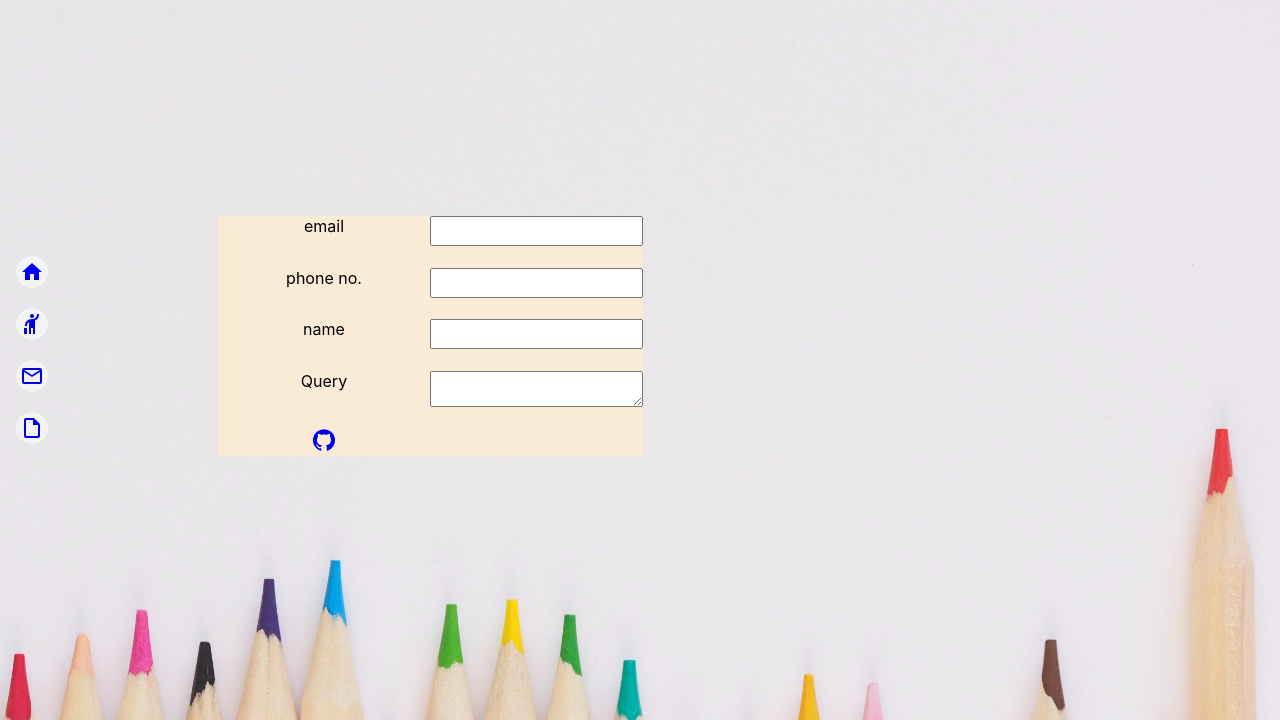
Repository: ujjawalmittal55/portfolio1
Page: /contact
The author's editor kept a copy of each file at every save. The page is drawn from the files as they stood at one save, then again after the next save.
The browser window is 1280 px wide. The pictures show the whole page.
The project was rebuilt for these pictures with package versions that can differ from the ones it lists, and the page was loaded fresh each time. Also part of the build but not shown: src/display.css, src/Display.tsx, src/about.css, src/About.jsx, src/Document.jsx.

Above is the page before, as saved 2022-05-07 10:01:37.

After the next save:
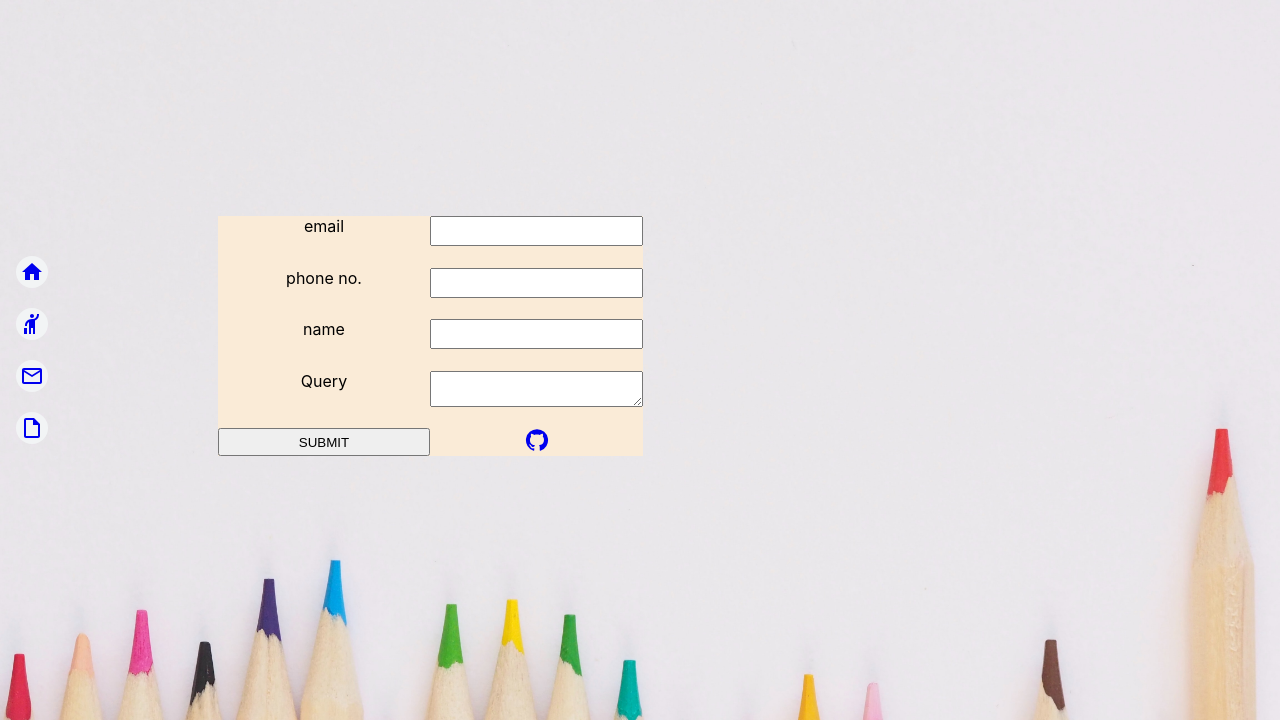
Saved 114 s later.
--- a/src/Contact.jsx
+++ b/src/Contact.jsx
@@ -1,7 +1,11 @@
-import React from "react";
+import React, { useState } from "react";
 import { GitHub } from "@mui/icons-material";
 import "./contact.css";
 function Contact() {
+  const [email, setEmail] = useState();
+  const [name, setName] = useState();
+  const [phone, setPhone] = useState();
+  const [query, setQuery] = useState();
   return (
     <div>
       <form className="form">
@@ -16,7 +20,7 @@ function Contact() {
 
         <span className="elements">Query</span>
         <textarea maxlength="500" initial="wirte your Query"></textarea>
-
+        <button type="submit">SUBMIT</button>
         <a href="https://github.com/ujjawalmittal55" target="_blank">
           <GitHub />{" "}
         </a>
